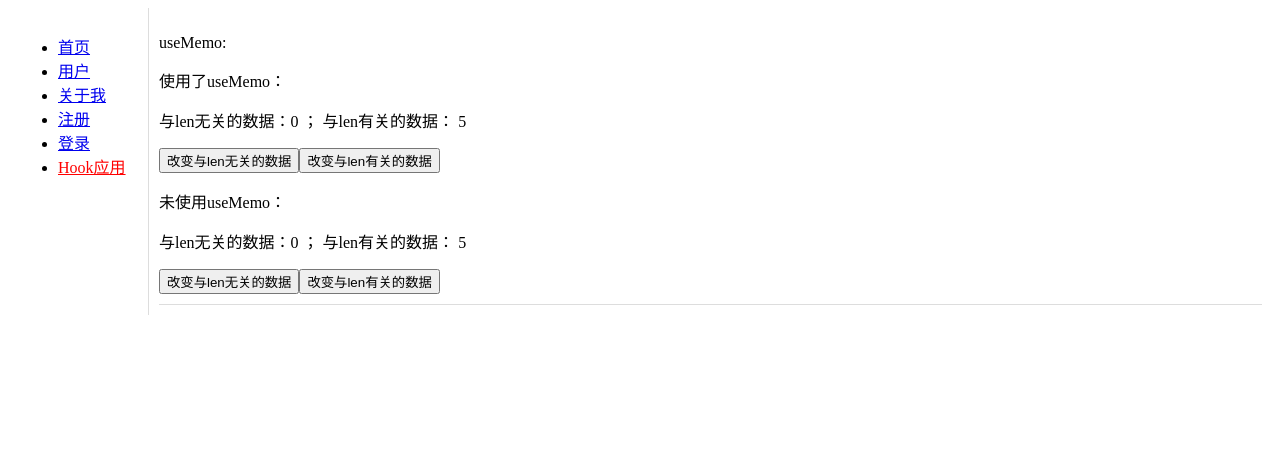
Repository: shellingfordly/js-library-Demo
Page: /hook (app in demo/react/demo/)
An editor plug-in stored every save of this project. The page is shown before and after the next save, followed by the edit.
The browser window is 1280 px wide. The pictures show the whole page.
The project was rebuilt for these pictures with package versions that can differ from the ones it lists, and the page was loaded fresh each time. Also part of the build but not shown: demo/react/demo/src/views/home/components/UseReducer.js, demo/react/demo/src/views/home/components/SetTimeout.js, demo/react/demo/src/views/home/hook/context.js, demo/react/demo/src/views/home/components/context/useContext.js, demo/react/demo/src/views/home/components/context/contextType.js, demo/react/demo/src/views/home/components/context/consumer.js, demo/react/demo/src/views/home/utils/highComponent.js, demo/react/demo/src/views/home/Home.js and 12 more.

Above is the page before, as saved 2021-01-17 23:17:19.

After the next save:
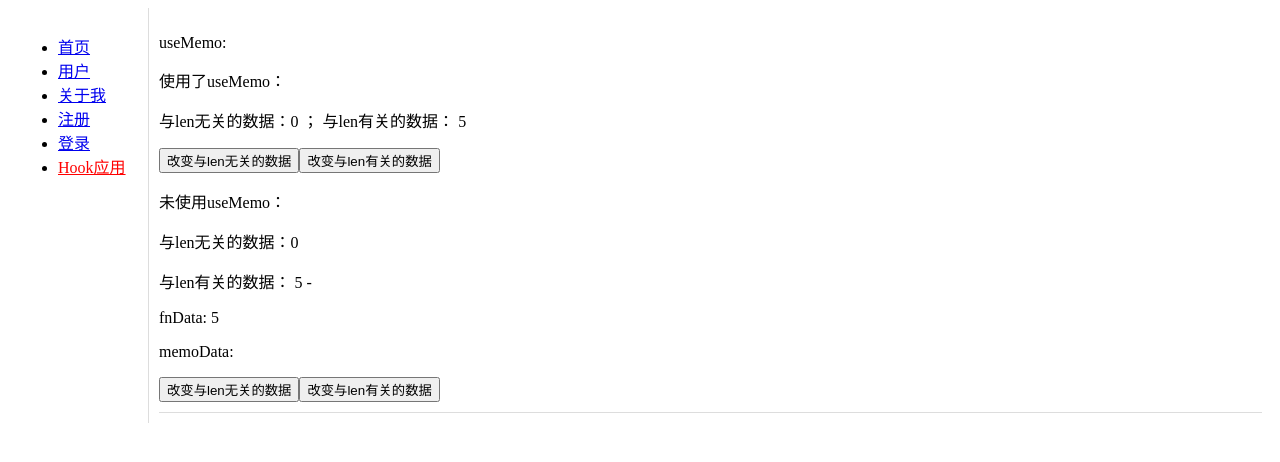
Saved 2 min 27 s later.
--- a/demo/react/demo/src/views/HookComponent/components/useMemo.js
+++ b/demo/react/demo/src/views/HookComponent/components/useMemo.js
@@ -4,7 +4,16 @@ export function UseFunComponent() {
   let [len, setLen] = useState(5)
   let [other, setOther] = useState(0)
 
-  function sum() {
+  function memoData() {
+    console.log("UseFunComponent");
+    let count = 0
+    for (let i = 1; i <= len; i++) {
+      count++
+    }
+    return count
+  }
+
+  function fnData() {
     console.log("UseFunComponent");
     let count = 0
     for (let i = 1; i <= len; i++) {
@@ -16,7 +25,10 @@ export function UseFunComponent() {
   return (
     <div>
       <p>未使用useMemo：</p>
-      <p>与len无关的数据：{other} ； 与len有关的数据： {sum()}</p>
+      <p>与len无关的数据：{other} </p>
+      <p> 与len有关的数据： {fnData()} - {memoData}</p>
+      <p>fnData: {fnData()}</p>
+      <p>memoData: {memoData}</p>
       <button onClick={() => { setOther(other++) }}>改变与len无关的数据</button>
       <button onClick={() => { setLen(len++) }}>改变与len有关的数据</button>
     </div>
